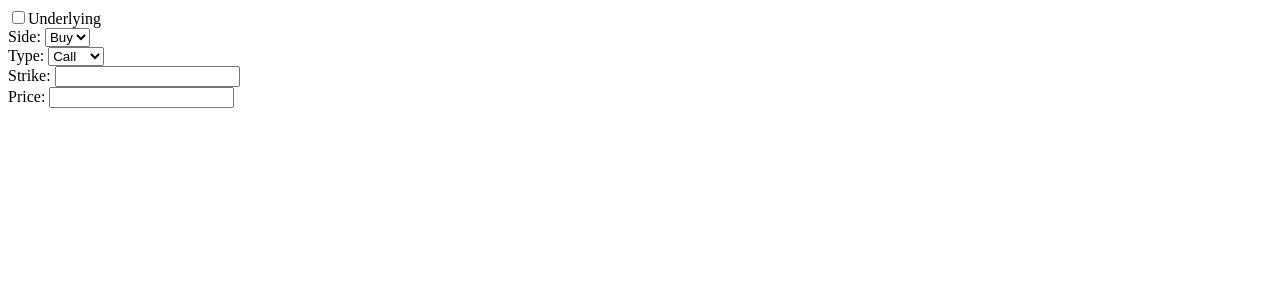
Repository: tellers-2016/options
Page: payoffcharts/jscharts/js/components/optionleg/option-leg-ptl.html
The author's editor kept a record of every edit. The page is drawn from the files as they stood at one moment, then again after the next edit.
The browser window is 1280 px wide. The pictures show the whole page.

Above is the page before.

### payoffcharts/jscharts/js/components/optionleg/option-leg-ptl.html
<div>
    <input type="checkbox" name="underlying" ng-model="option.underlying">Underlying</input>
</div>

<div>
    <label>Side: </label>
    <select id="side" ng-model="option.side">
        <option value="Buy">Buy</option>
        <option value="Sell">Sell</option>
    </select>
</div>

<div>
    <label>Type: </label>
    <select ng-model="option.type" ng-disabled="option.underlying">
        <option value="Call">Call</option>
        <option value="Put">Put</option>
        <option value="Stock">Stock</option>
    </select>
</div>

<div>
    <label>Strike: </label>
    <input type="number" ng-model="option.strike" ng-disabled="option.underlying">
</div>


<div>
    <label>Price: </label>
    <input type="number" ng-model="option.price">
</div>

After the next edit:
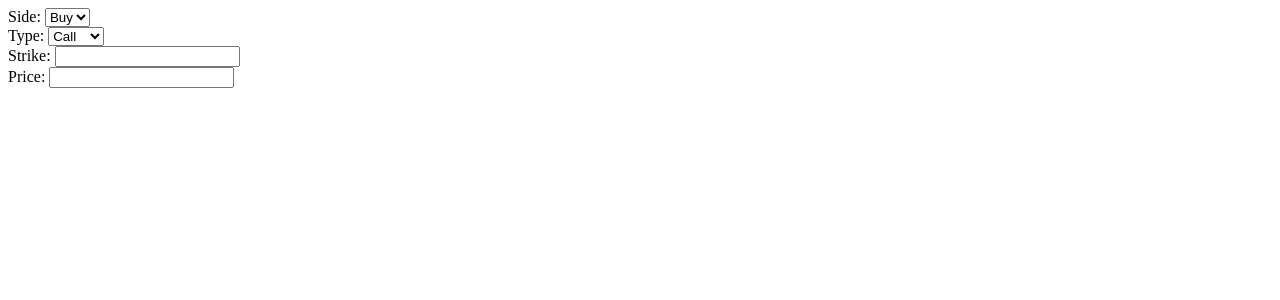
The edit:
--- a/payoffcharts/jscharts/js/components/optionleg/option-leg-ptl.html
+++ b/payoffcharts/jscharts/js/components/optionleg/option-leg-ptl.html
@@ -1,7 +1,3 @@
-<div>
-    <input type="checkbox" name="underlying" ng-model="option.underlying">Underlying</input>
-</div>
-
 <div>
     <label>Side: </label>
     <select id="side" ng-model="option.side">
